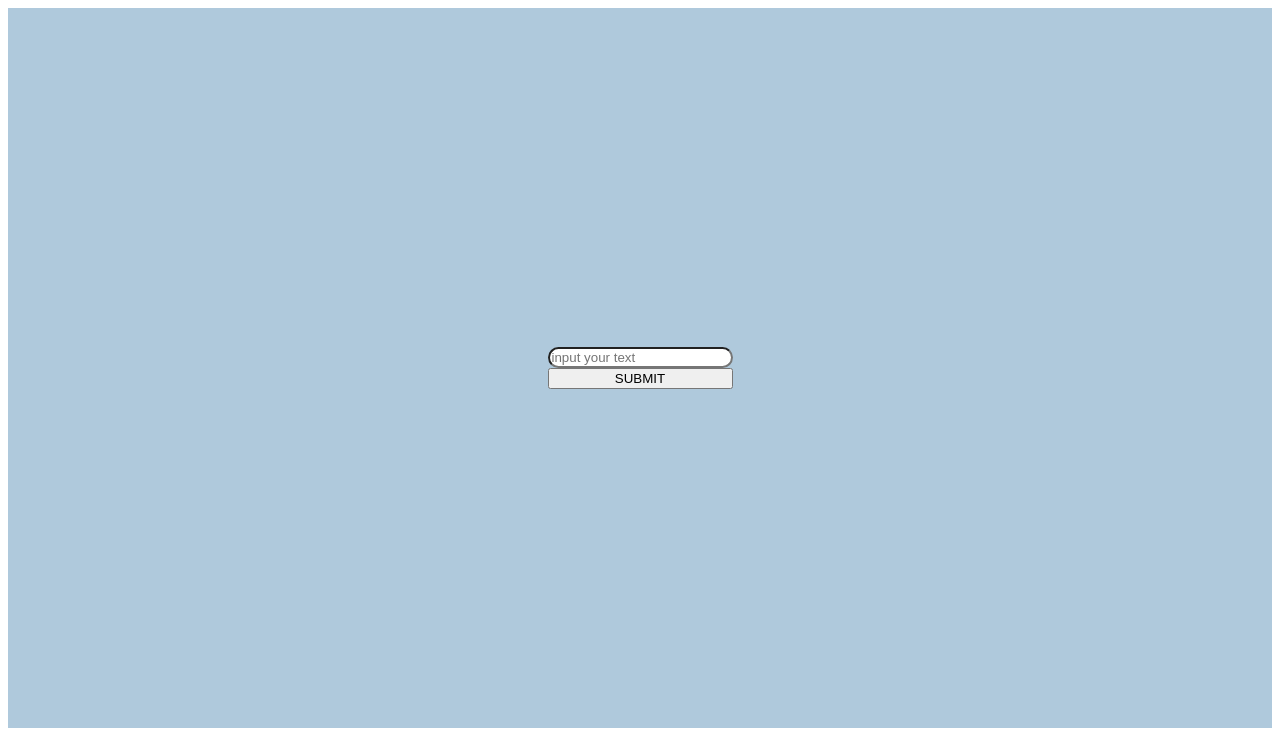
Repository: haykgrigoryan077/wheater-forecast
Page: /
These files come from the project's save history. The page is drawn as it stood at one moment and after the next save; the edit follows.
The browser window is 1280 px wide. The pictures show the whole page.
The project was rebuilt for these pictures with package versions that can differ from the ones it lists, and the page was loaded fresh each time. Also part of the build but not shown: src/index.css, src/ShowData/style.css, src/ShowData/index.js.

Above is the page before, as saved 2022-08-25 16:17:35.

### src/App.js
import './App.css';
import SearchCitys from './Inputs';
import ShowWheatherData from './ShowData';
import { useState } from 'react';

function App() {
  const [city, setCity] = useState('');
  const [finalSearch, setFinalSearch] = useState('')
  return (
    <div className="App">
      <SearchCitys
        setCity={setCity}
        city={city}
        finalSearch={finalSearch}
        setFinalSearch={setFinalSearch}
      />
      {finalSearch && <ShowWheatherData
        city={finalSearch}
      />}
    </div>
  );
}

export default App;

### src/App.css
.App {
  width: 100%;
  height: 100vh;
  display: flex;
  flex-direction: column;
  justify-content: center;
  align-items: center;
  background-color: #AFC9DC;
}

### src/Inputs/index.js
import React from "react";
import { useState } from "react";
import './style.css'

const SearchCity = (props) => {
    console.log(props.finalSearch);

    return (
        <div className="searchInput">
            <input
                className="inputCity"
                type='text'
                placeholder='input your text'
                onChange={(event) => {
                    props.setCity(event.target.value)
                }}
                value={props.city}
            />
            <button className="searchButton" onClick={() => {
                props.setFinalSearch(props.city)
                props.setCity('')
            }}>
                SUBMIT
            </button>
        </div>
    )
}

export default SearchCity

### src/Inputs/style.css
.searchInput {
    display: flex;
    flex-direction: column;
}

.inputCity {
    border-radius: 12px;
}

Loaded but not shown: public/index.html (common file); src/index.js (common file); src/reportWebVitals.js (common file)

After the next save:
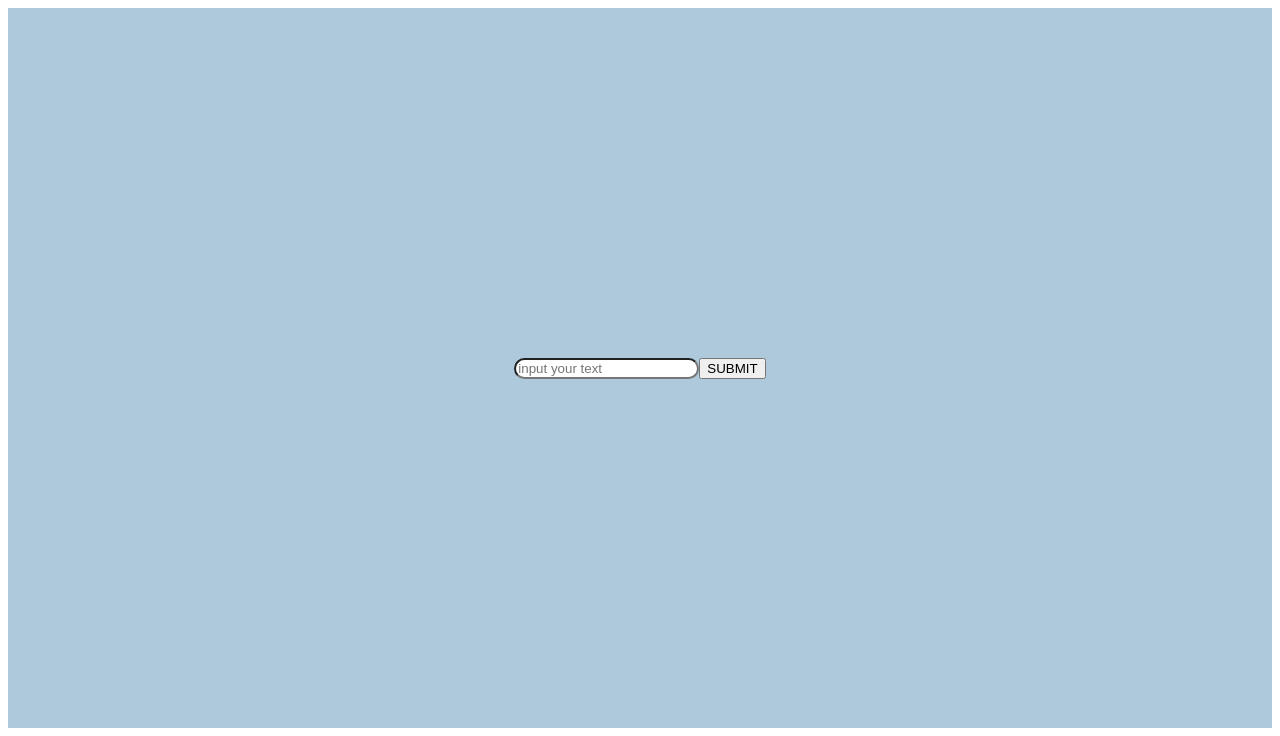
Saved 32 s later.
--- a/src/Inputs/index.js
+++ b/src/Inputs/index.js
@@ -7,6 +7,7 @@
 
     return (
         <div className="searchInput">
+            <form>
             <input
                 className="inputCity"
                 type='text'
@@ -22,6 +23,7 @@
             }}>
                 SUBMIT
             </button>
+            </form>
         </div>
     )
 }

After the 3 saves that followed:
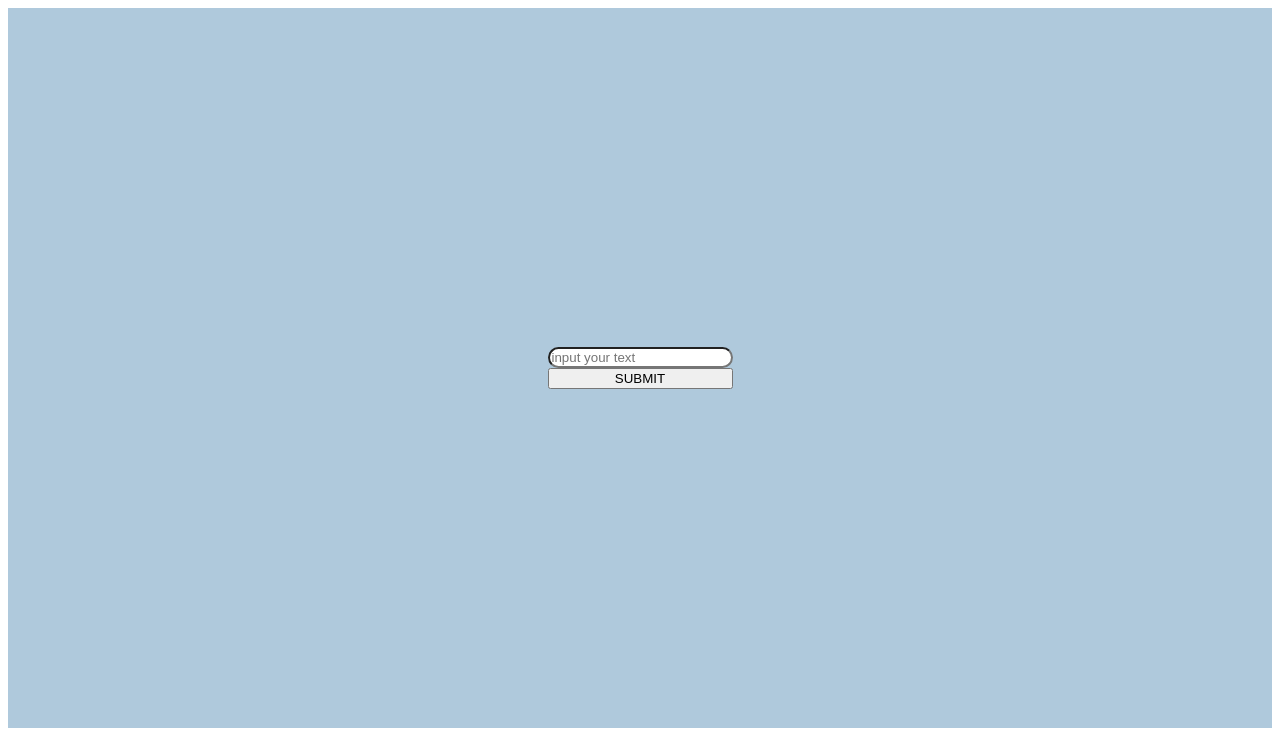
The 3 saves are shown as one change because 1 did not build or start and 1 left the picture as it was.
The last was saved 2 min 33 s later.
--- a/src/Inputs/index.js
+++ b/src/Inputs/index.js
@@ -7,7 +7,9 @@
 
     return (
         <div className="searchInput">
-            <form>
+            <form onClick={(e) => {e.preventDefault()}}
+                className='searchInput'
+            >
             <input
                 className="inputCity"
                 type='text'
